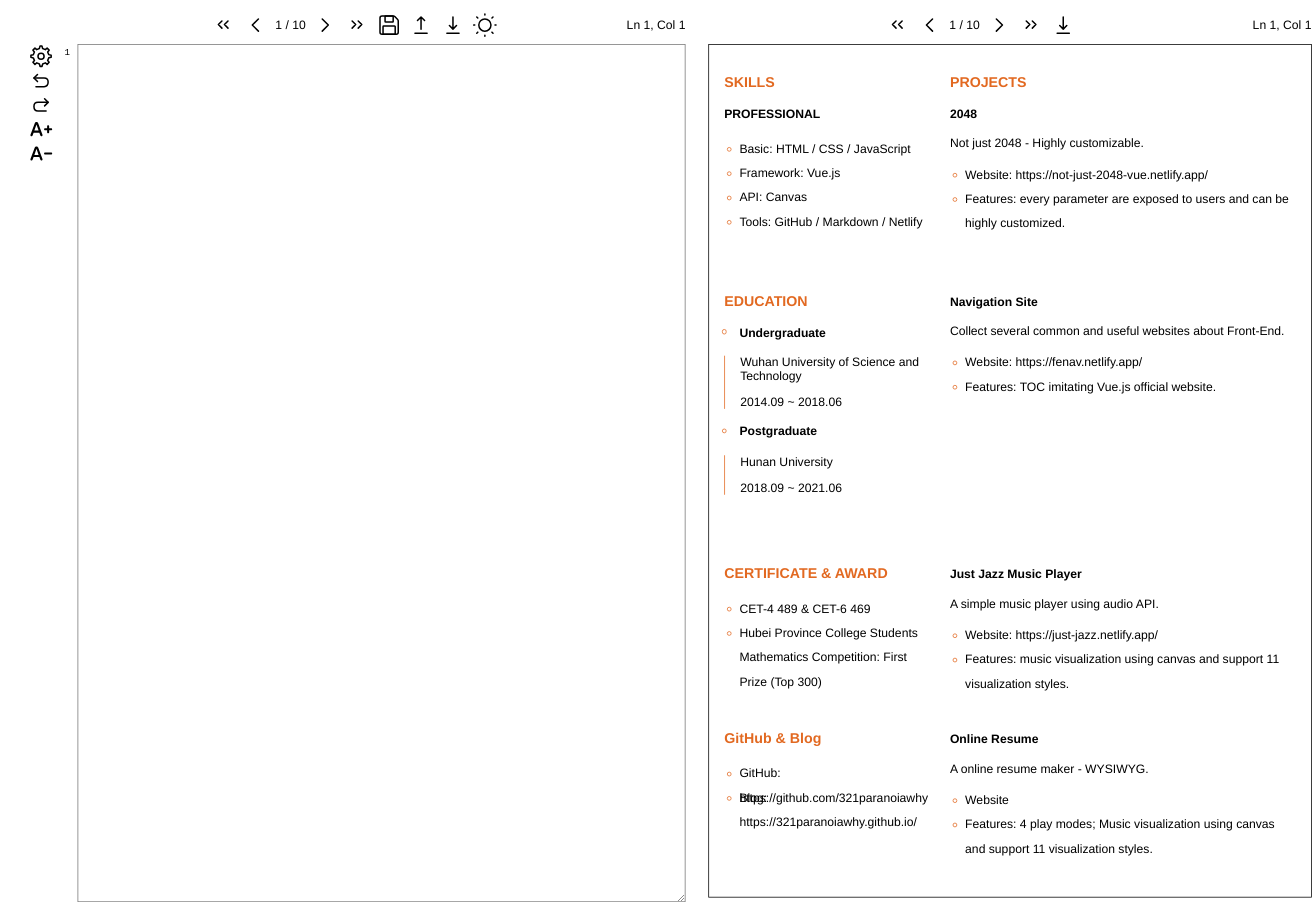
Repository: 321paranoiawhy/online-resume
Page: /
An editor plug-in stored every save of this project. The page is shown before and after the next save, followed by the edit.
The browser window is 1280 px wide. The page is 1726 px wide, so the pictures cover 1726 px, including what lies to the right of the window. The pictures show the whole page, at 76% of full size.
The project was rebuilt for these pictures with package versions that can differ from the ones it lists, and the page was loaded fresh each time. Also part of the build but not shown: vue.config.js, src/components/Header.vue, src/components/Introduction.vue, src/components/Footer.vue.

Above is the page before, as saved 2022-06-08 17:23:14.

### src/App.vue
<template>
    <router-view />
</template>

<style lang="scss">
html,
body,
#app {
    height: 100%;
}
#app {
    font-family: Avenir, Helvetica, Arial, sans-serif;
    -webkit-font-smoothing: antialiased;
    -moz-osx-font-smoothing: grayscale;
    text-align: center;
    // color: #2c3e50;
}
</style>

### src/css/common.css
:root {
    --A4-width: 210mm;
    --A4-height: 297mm;
    /* CSS 全局变量, 任何地方均可通过 var() 访问变量值 */
    --base: 12;
    /* 基于 --base 计算 --font-size-small 和 --line-height-small */
    /* 参考链接: https://www.ruanyifeng.com/blog/2017/05/css-variables.html */
    --font-size-small: calc(var(--base) * 1px);
    --line-height-small: calc(var(--base) * 1.5px);
    /* 字符间距 */
    --letter-spacing: 0.05em;
}
textarea.left-textarea {
    width: var(--A4-width); /* 210 * 96 / 25.4 = 793.7 px */
    height: var(--A4-height); /* 297 * 96 / 25.4 = 1122.52 px */
    /* 字体大小 */
    font-size: var(--font-size-small);
    /* 行高 */
    line-height: var(--line-height-small);
    /* 字符间距 */
    letter-spacing: var(--letter-spacing);
    /* 统一各浏览器下 textarea 盒模型 */
    margin: 0;
    border-width: 1px;
    padding: 2px;
}
div.right-output {
    /* 1 in = 25.4 mm = 96 px */
    width: var(--A4-width); /* 210 * 96 / 25.4 = 793.7 px */
    height: var(--A4-height); /* 297 * 96 / 25.4 = 1122.52 px */
    margin: 0;
    border: 1px solid red;
    padding: 2px;
    /* & .name {
        border: 1px solid blue;
    } */
}
img {
    width: 32px;
    height: 32px;
    cursor: pointer;
}

### src/views/HomeView.vue
<template>
    <!-- <TopHeader></TopHeader> -->
    <!-- <Introduction></Introduction> -->
    <div class="main-flex">
        <LeftInput class="left-input"></LeftInput>
        <RightOutput></RightOutput>
    </div>
    <!-- <BottomFooter></BottomFooter> -->
</template>

<script>
// @ is an alias to /src
import TopHeader from "@/components/Header.vue";
import Introduction from "@/components/Introduction.vue";
import LeftInput from "@/components/LeftInput.vue";
import RightOutput from "@/components/RightOutput.vue";
import BottomFooter from "@/components/Footer.vue";

// 功能拆解
// 下载源码和渲染结果文件(HTML&CSS, PDF, DOCX), 使用 Pandoc
// LaTeX 语法支持 (引入 MathJax)
// JavaScript 实现 解析
// common.css 负责特定样式
// 切换主题或者切换模板
// 主题 白天 黑夜
// 模板 暂定唯一模板 后续定制更多模板 (寻找优雅的 resume 模板)
// autosave
// localstorage
// 左侧应有快速插入标记, 如 name
export default {
    name: "HomeView",
    components: {
        TopHeader,
        Introduction,
        LeftInput,
        RightOutput,
        BottomFooter,
    },
};
</script>

<style scoped lang="scss">
div.main-flex {
    display: flex;
    width: fit-content;
    & .left-input {
        margin-left: 30px;
        margin-right: 30px;
    }
}
</style>

### src/components/RightOutput.vue
<template>
    <div class="right-output-flex-column">
        <div class="top-flex">
            <div class="center">
                <img
                    v-for="(item, index) in rightOutputImage.slice(0, 2)"
                    :key="index"
                    :src="require('../assets/images/' + item.img_src + '.svg')"
                    :alt="item.img_src"
                    @click="Fn(item.function)"
                />
                <p>{{ currentOutputPage }} / {{ totalOutputPage }}</p>
                <img
                    v-for="(item, index) in rightOutputImage.slice(2)"
                    :key="index"
                    :src="require('../assets/images/' + item.img_src + '.svg')"
                    :alt="item.img_src"
                    @click="Fn(item.function)"
                />
            </div>
            <!-- 快速跳转至某行某列 (默认当前页) -->
            <p @click="gotoLnAndCol">Ln 1, Col 1</p>
        </div>
        <!-- <div class="right-output" ref="output"></div> -->
        <testTemplate></testTemplate>
    </div>
</template>

<script>
import rightOutputImage from "/public/data/rightOutputImage.json";
import testTemplate from "./testTemplate.vue";

import { onMounted, ref, watch } from "@vue/runtime-core";
import { useStore } from "vuex";

export default {
    name: "RightOutput",
    components: {
        testTemplate,
    },
    setup() {
        let currentOutputPage = ref(1);
        let totalOutputPage = ref(10);
        const store = useStore();
        let output = ref(null);
        // 思路一: 根据左边输入栏实时输出至右边, 并设置相应的样式
        // 思路二: 默认右边已有示例模板, 左边输入栏实时输入右边输出栏实时更新替换
        // 思路二更优: 用户可预览, 页面须有提示或者有帮助文档 F1 查看 各块对应语法 syntax
        onMounted(() => {
            // output.value.value = computed(() => {
            //     console.log(store.state.compiledHTML);
            //     return store.state.compiledHTML;
            // });
            // output.value.innerHTML = store.state.compiledHTML;
        });
        watch(
            () => store.state.compiledHTML,
            () => {
                output.value.innerHTML = store.state.compiledHTML;
                // 设置 CSS 样式
            }
        );
        return {
            rightOutputImage,
            currentOutputPage,
            totalOutputPage,
            output,
        };
    },
};
</script>

<style scoped lang="scss">
.right-output-flex-column {
    display: flex;
    flex-direction: column;
    & div.top-flex {
        display: flex;
        width: 210mm;
        margin-left: auto;
        justify-content: center;
        & div.center {
            flex-grow: 1;
            display: flex;
            justify-content: center;
            align-items: center;
            gap: 10px;
        }
    }
}
</style>

### src/components/Sidebar.vue
<template>
    <div class="sidebar-flex-column">
        <img
            v-for="(item, index) in sidebarImage"
            :key="index"
            :src="require('../assets/images/' + item.img_src + '.svg')"
            :alt="item.img_src"
            @click="Fn(item.function)"
        />
    </div>
</template>

<script>
// 引入图片 json 数据文件
import sidebarImage from "/public/data/sidebarImage.json";

export default {
    name: "Sidebar",
    setup() {
        // 当前 base
        let currentBase = 12;
        // Fn: 根据入参执行相应函数
        let Fn = (parameter) => {
            switch (parameter) {
                case "set":
                    break;
                // 撤销 TODO(有限次 or 无限次)
                case "undo":
                    break;
                // 重做 TODO
                case "redo":
                    break;
                // 每次 --base +2
                case "textIncrease":
                    // 最大值: 24 (2*12)
                    if (currentBase === 24) {
                        return;
                    }
                    // 修改 root --base (可同步修改 --font-size-small,--line-height-small)
                    document.documentElement.style.setProperty(
                        "--base",
                        `${currentBase + 2}`
                    );
                    // 更新 currentBase
                    currentBase += 2;
                    break;
                // 每次 --base -2
                case "textDecrease":
                    // 最小值: 8
                    if (currentBase === 8) {
                        return;
                    }
                    document.documentElement.style.setProperty(
                        "--base",
                        `${currentBase - 2}`
                    );
                    // 更新 currentBase
                    currentBase -= 2;
                    break;
                default:
                    break;
            }
        };
        return {
            sidebarImage,
            currentBase,
            Fn,
        };
    },
};
</script>

<style scoped lang="scss">
.sidebar-flex-column {
    display: flex;
    flex-direction: column;
    width: fit-content;
    height: fit-content;
}
</style>

### src/components/testTemplate.vue
<template>
    <div class="grid">
        <div>
            <h3>SKILLS</h3>
            <h4>PROFESSIONAL</h4>
            <ul>
                <li>Basic: HTML / CSS / JavaScript</li>
                <li>Framework: Vue.js</li>
                <li>API: Canvas</li>
                <li>Tools: GitHub / Markdown / Netlify</li>
                <!-- <li v-for="(item, index) in iconData" :key="index">
                    <img
                        :src="
                            require('../assets/images/' + item.img_src + '.svg')
                        "
                        :alt="item.img_src"
                    />
                    {{ item.name }}
                </li> -->
            </ul>
        </div>
        <div>
            <h3>PROJECTS</h3>
            <h4>2048</h4>
            <p>Not just 2048 - Highly customizable.</p>
            <ul>
                <li>
                    <a href="https://not-just-2048-vue.netlify.app/"
                        >Website: https://not-just-2048-vue.netlify.app/</a
                    >
                </li>
                <li>
                    Features: every parameter are exposed to users and can be
                    highly customized.
                </li>
            </ul>
        </div>
        <div>
            <h3>EDUCATION</h3>
            <h4 class="disc">Undergraduate</h4>
            <div class="border">
                <p>Wuhan University of Science and Technology</p>
                <p>2014.09 ~ 2018.06</p>
            </div>
            <h4 class="disc">Postgraduate</h4>
            <div class="border">
                <p>Hunan University</p>
                <p>2018.09 ~ 2021.06</p>
            </div>
        </div>
        <div>
            <h4>Navigation Site</h4>
            <p>Collect several common and useful websites about Front-End.</p>
            <ul>
                <li>
                    <a href="https://fenav.netlify.app/"
                        >Website: https://fenav.netlify.app/</a
                    >
                </li>
                <li>Features: TOC imitating Vue.js official website.</li>
            </ul>
        </div>
        <div>
            <h3>CERTIFICATE & AWARD</h3>
            <ul>
                <li>CET-4 489 & CET-6 469</li>
                <li>
                    Hubei Province College Students Mathematics Competition:
                    First Prize (Top 300)
                </li>
            </ul>
        </div>
        <div>
            <h4>Just Jazz Music Player</h4>
            <p>A simple music player using audio API.</p>
            <ul>
                <li>
                    <a href="https://just-jazz.netlify.app/"
                        >Website: https://just-jazz.netlify.app/</a
                    >
                </li>
                <li>
                    Features: music visualization using canvas and support 11
                    visualization styles.
                </li>
            </ul>
        </div>
        <div>
            <h3>GitHub & Blog</h3>
            <ul>
                <li>
                    <a href="https://github.com/321paranoiawhy"
                        >GitHub: https://github.com/321paranoiawhy</a
                    >
                </li>
                <li>
                    <a href="https://321paranoiawhy.github.io/"
                        >Blog: https://321paranoiawhy.github.io/</a
                    >
                </li>
            </ul>
        </div>
        <div>
            <h4>Online Resume</h4>
            <p>A online resume maker - WYSIWYG.</p>
            <ul>
                <li>
                    <a href="https://just-jazz.netlify.app/">Website</a>
                </li>
                <li>
                    Features: 4 play modes; Music visualization using canvas and
                    support 11 visualization styles.
                </li>
            </ul>
        </div>
    </div>
</template>

<script>
import iconData from "/public/data/iconData.json";
export default {
    name: "testTemplate",
    setup() {
        return {
            iconData,
        };
    },
};
</script>

<style scoped lang="scss">
$margin-left: 20px;
div.grid {
    display: grid;
    grid-template-columns: 0.618fr 1fr;
    // grid-gap: 1rem;
    column-gap: 1rem;
    width: var(--A4-width);
    height: var(--A4-height);
    // background-color: #e6e6e6;
    text-align: left;
    // border-box
    box-sizing: border-box;
    // 内边距
    padding: 20px;
    border: 1px solid;
    & ul {
        padding: 0 0 0 $margin-left;
        margin: 0;
        list-style-type: circle;
        & li {
            & img {
                width: 24px;
                height: 24px;
                vertical-align: middle;
                margin-right: 5px;
            }
            height: 2rem;
            line-height: 2rem;
        }
    }
    & ul li::marker {
        color: #e26921;
    }
    & h3 {
        color: #e26921;
    }
    & h4.disc {
        position: relative;
        margin-left: $margin-left;
        &::before {
            position: absolute;
            content: " ";
            left: -23.2px;
            top: 25%;
            width: 4.4px;
            height: 4.4px;
            border: 1px solid #e26921;
            border-radius: 50%;
        }
    }
    & a,
    & a:hover,
    & a:visited,
    & a:link,
    & a:active {
        text-decoration: none;
        color: inherit;
    }
    & div.border {
        border-left: 1px solid #e26921;
        & p {
            margin-left: $margin-left;
        }
    }
}
</style>

Loaded but not shown: public/index.html (common file); src/router/index.js (common file); public/data/leftInputImage.json (30 lines, source omitted); public/data/iconData.json (30 lines, source omitted); public/data/rightOutputImage.json (22 lines, source omitted); public/data/sidebarImage.json (22 lines, source omitted); src/store/index.js (34 lines, source omitted); src/main.js (8 lines, source omitted); src/components/LeftInput.vue (291 lines, source omitted)

After the next save:
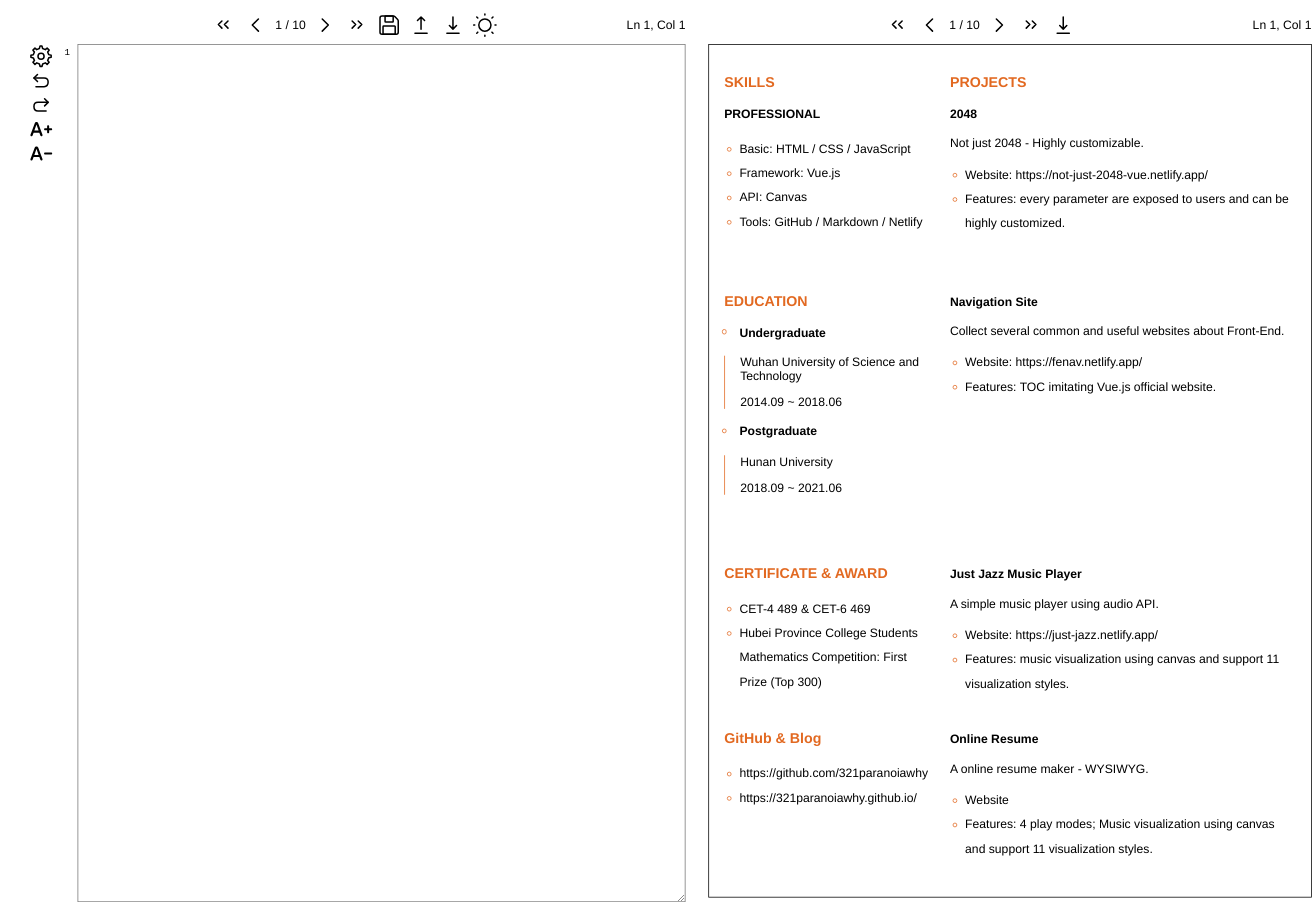
Saved 27 s later.
--- a/src/components/testTemplate.vue
+++ b/src/components/testTemplate.vue
@@ -90,12 +90,12 @@
             <ul>
                 <li>
                     <a href="https://github.com/321paranoiawhy"
-                        >GitHub: https://github.com/321paranoiawhy</a
+                        >https://github.com/321paranoiawhy</a
                     >
                 </li>
                 <li>
                     <a href="https://321paranoiawhy.github.io/"
-                        >Blog: https://321paranoiawhy.github.io/</a
+                        >https://321paranoiawhy.github.io/</a
                     >
                 </li>
             </ul>
